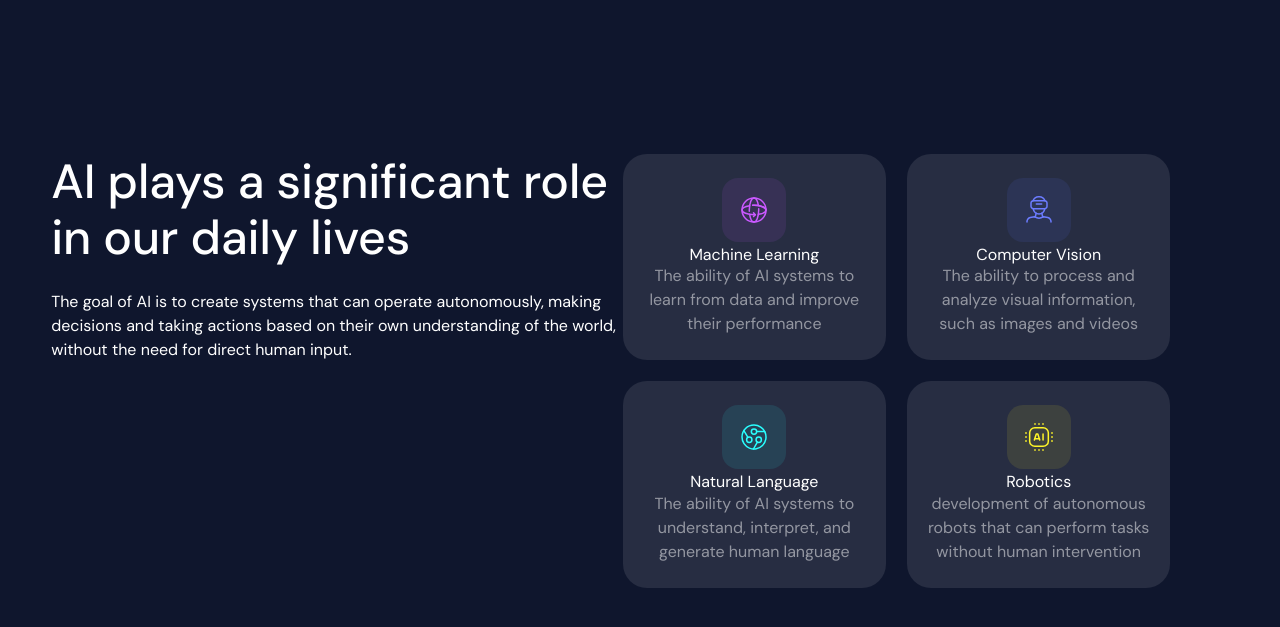
Repository: alphatra/INVO-Academy
Page: / (app in [lvl 1] Sekcja 4 obszarów AI/Starter-code/)
The author's editor kept a copy of each file at every save. The page is drawn from the files as they stood at one save, then again after the next save.
The browser window is 1280 px wide. The pictures show the whole page.
The project was rebuilt for these pictures with package versions that can differ from the ones it lists, and the page was loaded fresh each time.

Above is the page before, as saved 2023-03-09 21:42:21.
Console error: TypeError: Cannot read properties of null (reading 'addEventListener')

After the next save:
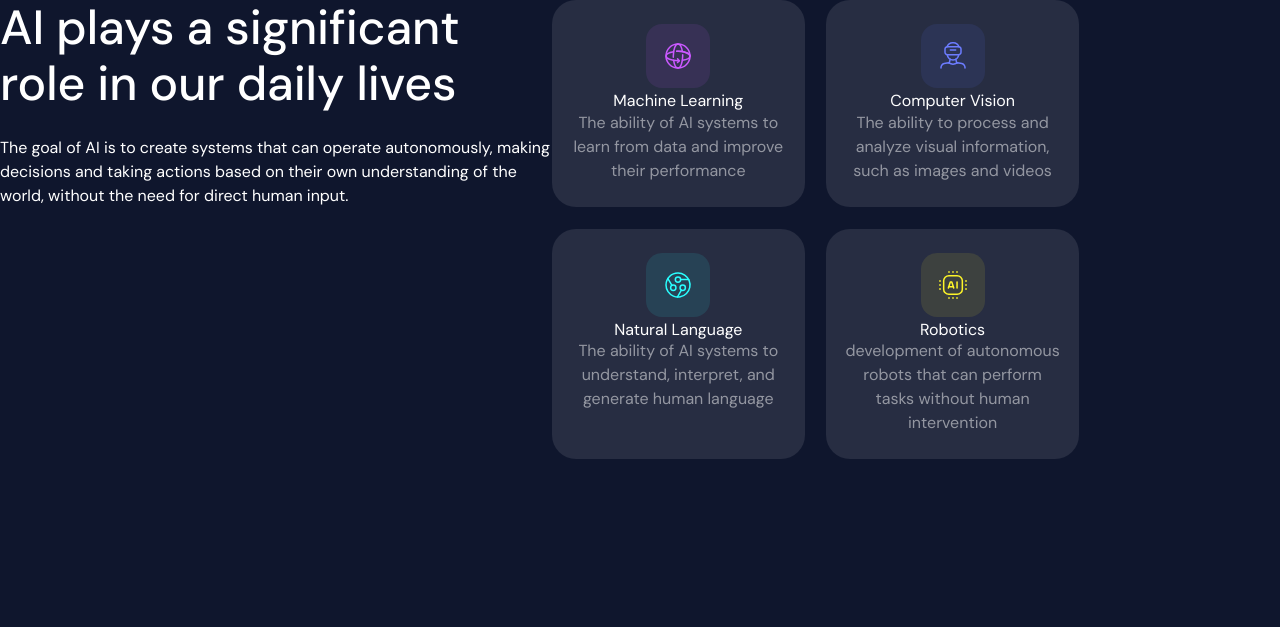
Saved 5 min 6 s later.
--- a/[lvl 1] Sekcja 4 obszarów AI/Starter-code/src/pages/home-page/styles/home-page.scss
+++ b/[lvl 1] Sekcja 4 obszarów AI/Starter-code/src/pages/home-page/styles/home-page.scss
@@ -13,8 +13,7 @@
     }
 
     .hero {
-        margin-top: 12%;
-        padding: 0 4%;
+        max-width: 1136px;
         display: flex;
         align-items: flex-start;
 
